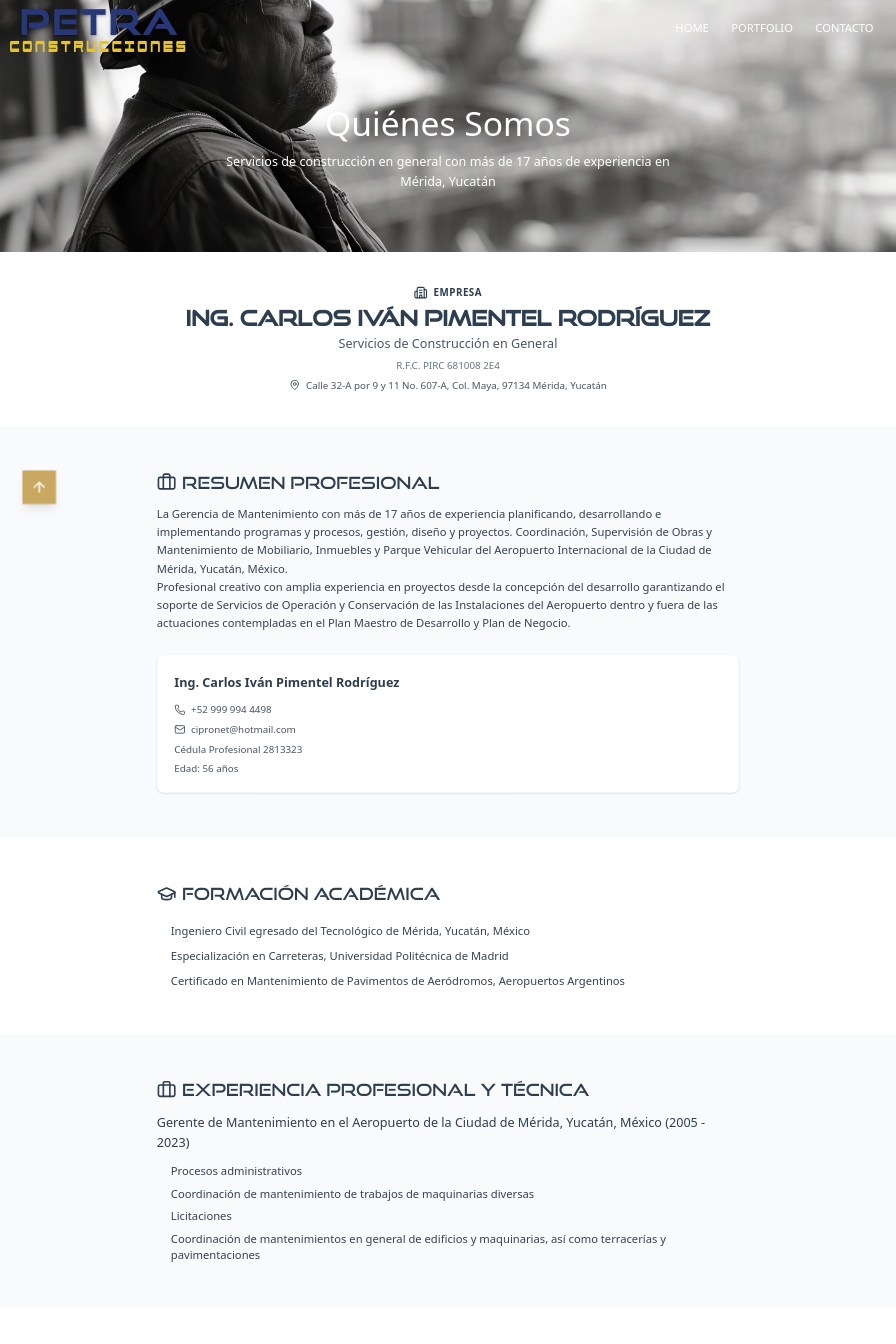
Repository: francoluca35/PetraConstrucciones
Page: /quienes-somos
The author's editor kept a copy of each file at every save. The page is drawn from the files as they stood at one save, then again after the next save.
The browser window is 1280 px wide. The pictures show the part of the page from y = 0 to 1920 px (the page is 4704 px tall), at 70% of full size.
The project was rebuilt for these pictures with package versions that can differ from the ones it lists, and the page was loaded fresh each time. The framework's server and built-in components were replaced by stand-ins that run in the browser. Also part of the build but not shown: next.config.mjs, vite.config.ts.

Above is the page before, as saved 2026-02-16 22:19:11.

### app/layout.tsx
import type { Metadata } from 'next';
import './globals.css';
import { Navbar } from '@/src/app/components/Navbar';
import { Footer } from '@/src/app/components/Footer';
import { BackToTop } from '@/src/app/components/BackToTop';
import { ScrollToTop } from '@/src/app/components/ScrollToTop';

export const metadata: Metadata = {
  title: 'PetraConstrucciones - Excelencia en Construcción',
  description:
    'PetraConstrucciones - Líderes en construcción residencial, comercial e industrial. Más de 20 años transformando proyectos en realidad con excelencia e innovación.',
  keywords:
    'construcción, construcciones, obras, edificios, viviendas, proyectos, arquitectura, PetraConstrucciones, construcción Madrid, constructora',
  openGraph: {
    title: 'PetraConstrucciones - Excelencia en Construcción',
    description:
      'Líderes en construcción residencial, comercial e industrial. Más de 20 años transformando proyectos en realidad.',
  },
};

export default function RootLayout({
  children,
}: Readonly<{
  children: React.ReactNode;
}>) {
  return (
    <html lang="es">
      <body className="min-h-screen flex flex-col antialiased">
        <Navbar />
        <main className="flex-grow">{children}</main>
        <Footer />
        <BackToTop />
        <ScrollToTop />
      </body>
    </html>
  );
}

### app/quienes-somos/page.tsx
import { AboutPage } from '@/src/app/pages/AboutPage';

export const metadata = {
  title: 'Quiénes Somos - PetraConstrucciones',
  description:
    'Conoce la historia, valores y equipo de PetraConstrucciones. Más de 20 años construyendo con pasión y compromiso.',
  keywords: 'sobre nosotros, equipo construcción, historia PetraConstrucciones, valores empresa',
};

export default function Page() {
  return <AboutPage />;
}

### app/globals.css
@import 'tailwindcss';
@source '../src/**/*.{js,ts,jsx,tsx}';
@source './**/*.{js,ts,jsx,tsx}';
@import 'tw-animate-css';

@import '../src/styles/fonts.css';
@import '../src/styles/theme.css';

/* Smooth scroll behavior */
html {
  scroll-behavior: smooth;
}

/* Custom scrollbar for webkit browsers */
::-webkit-scrollbar {
  width: 12px;
}

::-webkit-scrollbar-track {
  background: #f1f1f1;
}

::-webkit-scrollbar-thumb {
  background: var(--petra-gold);
  border-radius: 6px;
}

::-webkit-scrollbar-thumb:hover {
  background: var(--petra-gold-light);
}

### src/app/components/ScrollToTop.tsx
'use client';

import { useEffect } from 'react';
import { usePathname } from 'next/navigation';

export function ScrollToTop() {
  const pathname = usePathname();

  useEffect(() => {
    window.scrollTo({
      top: 0,
      behavior: 'smooth',
    });
  }, [pathname]);

  return null;
}

### src/app/pages/AboutPage.tsx
'use client';

import { motion } from 'motion/react';
import {
  Award,
  Users,
  Target,
  Shield,
  Building2,
  GraduationCap,
  Briefcase,
  FileCheck,
  Mail,
  Phone,
  MapPin,
  Wrench,
  Ruler,
} from 'lucide-react';

const values = [
  {
    icon: Award,
    title: 'Excelencia',
    description: 'Comprometidos con los más altos estándares de calidad en cada proyecto',
  },
  {
    icon: Users,
    title: 'Equipo Profesional',
    description: 'Profesionales con años de experiencia en construcción y mantenimiento',
  },
  {
    icon: Target,
    title: 'Precisión',
    description: 'Cumplimiento de plazos y presupuestos con total transparencia',
  },
  {
    icon: Shield,
    title: 'Seguridad',
    description: 'Máximas medidas de seguridad en todos nuestros proyectos',
  },
];

const company = {
  name: 'ING. CARLOS IVÁN PIMENTEL RODRÍGUEZ',
  legalName: 'Servicios de Construcción en General',
  rfc: 'R.F.C. PIRC 681008 2E4',
  address: 'Calle 32-A por 9 y 11 No. 607-A, Col. Maya, 97134 Mérida, Yucatán',
};

const profile = {
  name: 'Ing. Carlos Iván Pimentel Rodríguez',
  cedula: 'Cédula Profesional 2813323',
  phone: '+52 999 994 4498',
  email: 'cipronet@hotmail.com',
  age: '56 años',
};

const resume = {
  summary: `La Gerencia de Mantenimiento con más de 17 años de experiencia planificando, desarrollando e implementando programas y procesos, gestión, diseño y proyectos. Coordinación, Supervisión de Obras y Mantenimiento de Mobiliario, Inmuebles y Parque Vehicular del Aeropuerto Internacional de la Ciudad de Mérida, Yucatán, México.
  Profesional creativo con amplia experiencia en proyectos desde la concepción del desarrollo garantizando el soporte de Servicios de Operación y Conservación de las Instalaciones del Aeropuerto dentro y fuera de las actuaciones contempladas en el Plan Maestro de Desarrollo y Plan de Negocio.`,
  formation: [
    'Ingeniero Civil egresado del Tecnológico de Mérida, Yucatán, México',
    'Especialización en Carreteras, Universidad Politécnica de Madrid',
    'Certificado en Mantenimiento de Pavimentos de Aeródromos, Aeropuertos Argentinos',
  ],
  experience: {
    title: 'Gerente de Mantenimiento en el Aeropuerto de la Ciudad de Mérida, Yucatán, México (2005 - 2023)',
    items: [
      'Procesos administrativos',
      'Coordinación de mantenimiento de trabajos de maquinarias diversas',
      'Licitaciones',
      'Coordinación de mantenimientos en general de edificios y maquinarias, así como terracerías y pavimentaciones',
    ],
  },
};

const obras = [
  { inicio: '15 ene 1997', fin: '15 nov 2003', obra: 'Mantenimiento, conservación y construcción en general en edificio principal y pistas en el Aeropuerto Internacional de Mérida' },
  { inicio: '01 ene 2002', fin: '30 dic 2002', obra: 'Construcción de Restaurante Talavera' },
  { inicio: '15 sep 2002', fin: '15 sep 2008', obra: 'Restauración y remodelación de restaurantes en Telchac Puerto' },
  { inicio: '27 may 2008', fin: '25 jul 2008', obra: 'Excavación de zanjas para agua potable' },
  { inicio: '01 oct 2010', fin: '30 mar 2013', obra: 'Construcción de edificio de oficinas corporativas en la Col. Maya' },
  { inicio: '14 abr 2013', fin: '20 may 2013', obra: 'Mantenimiento correctivo a diversas puertas y ventanas' },
  { inicio: '22 may 2013', fin: '03 sep 2013', obra: 'Excavación de zanjas 0.30 x 0.40 m para líneas de transmisión en diversos puntos de Yucatán y Campeche' },
  { inicio: '21 oct 2013', fin: '12 dic 2013', obra: 'Suministro y colocación de muros de tablaroca y puertas de aluminio' },
  { inicio: '28 oct 2013', fin: '12 ene 2014', obra: 'Trabajos de reparación de instalaciones eléctricas (incluye suministro y colocación de equipos)' },
  { inicio: '10 feb 2014', fin: '20 feb 2014', obra: 'Excavación de descargas domiciliarias y zanjas de agua potable en el fraccionamiento Altabrisa, Mérida' },
  { inicio: '03 feb 2014', fin: '20 feb 2014', obra: 'Excavación de zanjas para riego en la localidad de Baca' },
  { inicio: '01 mar 2014', fin: '30 dic 2015', obra: 'Excavación de zanjas 0.30 x 0.50 m y 0.30 x 0.80 m para electrificación en el fraccionamiento Pedregales' },
  { inicio: '01 mar 2014', fin: '30 dic 2015', obra: 'Construcción de casas habitación en Mérida y alrededores' },
  { inicio: '15 ene 2016', fin: '30 nov 2017', obra: 'Construcción de casa habitación en Árborea' },
  { inicio: '15 ene 2018', fin: '30 nov 2018', obra: 'Departamento en zona residencial de Conkal' },
  { inicio: '15 ene 2019', fin: '15 abr 2020', obra: 'Construcción de casa en la playa de Chicxulub' },
  { inicio: '15 ene 2021', fin: 'A la fecha', obra: 'Construcción y remodelación de casas en la playa y en Mérida' },
];

const mision = `Realizar o supervisar toda clase de construcciones, edificaciones y urbanizaciones, así como fraccionar, edificar y dotar de servicios, ya sea por cuenta propia o a través de terceros. Proporcionar servicios de construcción de la más alta calidad, con profesionalismo y compromiso con la excelencia en cada proyecto.`;

const vision = `Ser la empresa de construcción de referencia en Yucatán, reconocida por nuestra experiencia en mantenimiento de infraestructura, gestión de proyectos y capacidad para ejecutar obras residenciales, comerciales e industriales con los más altos estándares de calidad y seguridad.`;

const servicios = [
  'Construcción y supervisión de obras en general, edificaciones y urbanizaciones',
  'Elaboración de planos, proyectos, maquetas, cálculos arquitectónicos y avalúo de bienes inmuebles',
  'Adquisición y enajenación de terrenos, fincas, construcciones e inmuebles',
  'Compra y venta de materiales de construcción',
  'Mantenimiento de edificios, maquinarias, terracerías y pavimentaciones',
  'Coordinación de licitaciones y procesos administrativos',
];

export function AboutPage() {
  return (
    <div>
      {/* Hero */}
      <section className="relative h-[50vh] min-h-[280px] flex items-center justify-center overflow-hidden">
        <div className="absolute inset-0">
          <img
            src="/Assets/quienes-somos.jpg"
            alt="Equipo Petra Construcciones"
            className="w-full h-full object-cover"
          />
          <div className="absolute inset-0 bg-[var(--petra-navy)]/80" />
        </div>
        <motion.div
          initial={{ opacity: 0, y: 30 }}
          animate={{ opacity: 1, y: 0 }}
          className="relative z-10 text-center text-white px-4 pt-16"
        >
          <h1 className="text-4xl md:text-5xl mb-4">
            Quiénes <span className="text-[var(--petra-gold)]">Somos</span>
          </h1>
          <p className="text-lg max-w-2xl mx-auto">
            Servicios de construcción en general con más de 17 años de experiencia en Mérida, Yucatán
          </p>
        </motion.div>
      </section>

      {/* Datos de la empresa */}
      <section className="py-12 bg-white border-b border-gray-100">
        <div className="max-w-4xl mx-auto px-4 sm:px-6 lg:px-8">
          <motion.div
            initial={{ opacity: 0, y: 20 }}
            whileInView={{ opacity: 1, y: 0 }}
            viewport={{ once: true }}
            className="flex flex-col items-center text-center"
          >
            <div className="inline-flex items-center gap-2 text-[var(--petra-gold)] mb-2">
              <Building2 size={20} />
              <span className="text-sm font-semibold uppercase tracking-wider">Empresa</span>
            </div>
            <h2 className="text-2xl md:text-3xl text-[var(--petra-navy)] font-semibold mb-1">
              {company.name}
            </h2>
            <p className="text-lg text-gray-600 mb-2">{company.legalName}</p>
            <p className="text-sm text-gray-500 mb-2">{company.rfc}</p>
            <p className="flex items-center gap-2 text-gray-600 text-sm">
              <MapPin size={16} className="flex-shrink-0" />
              {company.address}
            </p>
          </motion.div>
        </div>
      </section>

      {/* Resumen profesional y perfil */}
      <section className="py-16 bg-gray-50">
        <div className="max-w-4xl mx-auto px-4 sm:px-6 lg:px-8">
          <motion.div
            initial={{ opacity: 0, y: 20 }}
            whileInView={{ opacity: 1, y: 0 }}
            viewport={{ once: true }}
          >
            <h2 className="text-2xl text-[var(--petra-navy)] mb-4 flex items-center gap-2">
              <Briefcase className="text-[var(--petra-gold)]" size={28} />
              Resumen profesional
            </h2>
            <p className="text-gray-700 whitespace-pre-line leading-relaxed mb-8">
              {resume.summary}
            </p>

            <div className="bg-white rounded-lg p-6 shadow-sm border border-gray-100">
              <h3 className="text-lg font-semibold text-[var(--petra-navy)] mb-4">{profile.name}</h3>
              <ul className="space-y-2 text-gray-600 text-sm">
                <li className="flex items-center gap-2">
                  <Phone size={16} className="text-[var(--petra-gold)]" />
                  <a href={`tel:${profile.phone.replace(/\s/g, '')}`} className="hover:text-[var(--petra-gold)]">
                    {profile.phone}
                  </a>
                </li>
                <li className="flex items-center gap-2">
                  <Mail size={16} className="text-[var(--petra-gold)]" />
                  <a href={`mailto:${profile.email}`} className="hover:text-[var(--petra-gold)]">
                    {profile.email}
                  </a>
                </li>
                <li>{profile.cedula}</li>
                <li>Edad: {profile.age}</li>
              </ul>
            </div>
          </motion.div>
        </div>
      </section>

      {/* Formación */}
      <section className="py-16 bg-white">
        <div className="max-w-4xl mx-auto px-4 sm:px-6 lg:px-8">
          <motion.h2
            initial={{ opacity: 0, x: -20 }}
            whileInView={{ opacity: 1, x: 0 }}
            viewport={{ once: true }}
            className="text-2xl text-[var(--petra-navy)] mb-6 flex items-center gap-2"
          >
            <GraduationCap className="text-[var(--petra-gold)]" size={28} />
            Formación académica
          </motion.h2>
          <ul className="space-y-3">
            {resume.formation.map((item, i) => (
              <motion.li
                key={i}
                initial={{ opacity: 0, x: -10 }}
                whileInView={{ opacity: 1, x: 0 }}
                viewport={{ once: true }}
                transition={{ delay: i * 0.05 }}
                className="flex items-start gap-3 text-gray-700"
              >
                <span className="mt-1.5 w-2 h-2 rounded-full bg-[var(--petra-gold)] flex-shrink-0" />
                {item}
              </motion.li>
            ))}
          </ul>
        </div>
      </section>

      {/* Experiencia profesional */}
      <section className="py-16 bg-gray-50">
        <div className="max-w-4xl mx-auto px-4 sm:px-6 lg:px-8">
          <motion.h2
            initial={{ opacity: 0, x: -20 }}
            whileInView={{ opacity: 1, x: 0 }}
            viewport={{ once: true }}
            className="text-2xl text-[var(--petra-navy)] mb-4 flex items-center gap-2"
          >
            <Briefcase className="text-[var(--petra-gold)]" size={28} />
            Experiencia profesional y técnica
          </motion.h2>
          <p className="text-lg font-medium text-[var(--petra-navy)] mb-4">{resume.experience.title}</p>
          <ul className="space-y-2">
            {resume.experience.items.map((item, i) => (
              <motion.li
                key={i}
                initial={{ opacity: 0, x: -10 }}
                whileInView={{ opacity: 1, x: 0 }}
                viewport={{ once: true }}
                className="flex items-start gap-3 text-gray-700"
              >
                <span className="mt-1.5 w-2 h-2 rounded-full bg-[var(--petra-gold)] flex-shrink-0" />
                {item}
              </motion.li>
            ))}
          </ul>
        </div>
      </section>

      {/* Obras ejecutadas */}
      <section className="py-16 bg-white">
        <div className="max-w-6xl mx-auto px-4 sm:px-6 lg:px-8">
          <motion.h2
            initial={{ opacity: 0, y: 20 }}
            whileInView={{ opacity: 1, y: 0 }}
            viewport={{ once: true }}
            className="text-2xl text-[var(--petra-navy)] mb-8 flex items-center gap-2"
          >
            <FileCheck className="text-[var(--petra-gold)]" size={28} />
            Obras ejecutadas
          </motion.h2>
          <motion.div
            initial={{ opacity: 0 }}
            whileInView={{ opacity: 1 }}
            viewport={{ once: true }}
            className="overflow-x-auto rounded-lg border border-gray-200"
          >
            <table className="w-full min-w-[640px] text-left text-sm">
              <thead>
                <tr className="bg-[var(--petra-navy)] text-white">
                  <th className="px-4 py-3 font-semibold">Fecha inicio</th>
                  <th className="px-4 py-3 font-semibold">Fecha fin</th>
                  <th className="px-4 py-3 font-semibold">Obra</th>
                </tr>
              </thead>
              <tbody>
                {obras.map((row, i) => (
                  <tr
                    key={i}
                    className={i % 2 === 0 ? 'bg-gray-50' : 'bg-white'}
                  >
                    <td className="px-4 py-3 text-gray-600 whitespace-nowrap">{row.inicio}</td>
                    <td className="px-4 py-3 text-gray-600 whitespace-nowrap">{row.fin}</td>
                    <td className="px-4 py-3 text-gray-800">{row.obra}</td>
                  </tr>
                ))}
              </tbody>
            </table>
          </motion.div>
        </div>
      </section>

      {/* Misión y Visión */}
      <section className="py-16 bg-gray-50">
        <div className="max-w-4xl mx-auto px-4 sm:px-6 lg:px-8">
          <div className="grid md:grid-cols-2 gap-8">
            <motion.div
              initial={{ opacity: 0, y: 20 }}
              whileInView={{ opacity: 1, y: 0 }}
              viewport={{ once: true }}
              className="bg-[var(--petra-navy)] text-white rounded-xl p-8"
            >
              <h3 className="text-xl text-[var(--petra-gold)] mb-4">Misión</h3>
              <p className="text-gray-200 leading-relaxed">{mision}</p>
            </motion.div>
            <motion.div
              initial={{ opacity: 0, y: 20 }}
              whileInView={{ opacity: 1, y: 0 }}
              viewport={{ once: true }}
              className="bg-white border border-[var(--petra-gold)]/30 text-[var(--petra-navy)] rounded-xl p-8"
            >
              <h3 className="text-xl text-[var(--petra-gold)] mb-4">Visión</h3>
              <p className="text-gray-700 leading-relaxed">{vision}</p>
            </motion.div>
          </div>
        </div>
      </section>

      {/* Servicios que brindamos */}
      <section className="py-16 bg-white">
        <div className="max-w-4xl mx-auto px-4 sm:px-6 lg:px-8">
          <motion.h2
            initial={{ opacity: 0, y: 20 }}
            whileInView={{ opacity: 1, y: 0 }}
            viewport={{ once: true }}
            className="text-2xl text-[var(--petra-navy)] mb-6 flex items-center gap-2"
          >
            <Wrench className="text-[var(--petra-gold)]" size={28} />
            Servicios que brindamos
          </motion.h2>
          <div className="grid sm:grid-cols-2 gap-4">
            {servicios.map((s, i) => (
              <motion.div
                key={i}
                initial={{ opacity: 0, x: -10 }}
                whileInView={{ opacity: 1, x: 0 }}
                viewport={{ once: true }}
                className="flex items-start gap-3 p-4 rounded-lg bg-gray-50 border border-gray-100"
              >
                <Ruler className="text-[var(--petra-gold)] flex-shrink-0 mt-0.5" size={20} />
                <span className="text-gray-700">{s}</span>
              </motion.div>
            ))}
          </div>
        </div>
      </section>

      {/* Valores */}
      <section className="py-16 bg-gray-50">
        <div className="max-w-7xl mx-auto px-4 sm:px-6 lg:px-8">
          <motion.h2
            initial={{ opacity: 0, y: 20 }}
            whileInView={{ opacity: 1, y: 0 }}
            viewport={{ once: true }}
            className="text-2xl text-[var(--petra-navy)] mb-8 text-center"
          >
            Nuestros <span className="text-[var(--petra-gold)]">valores</span>
          </motion.h2>
          <div className="grid sm:grid-cols-2 lg:grid-cols-4 gap-6">
            {values.map((value, index) => {
              const Icon = value.icon;
              return (
                <motion.div
                  key={index}
                  initial={{ opacity: 0, y: 20 }}
                  whileInView={{ opacity: 1, y: 0 }}
                  viewport={{ once: true }}
                  transition={{ delay: index * 0.05 }}
                  className="bg-white rounded-xl p-6 shadow-sm border border-gray-100 text-center"
                >
                  <div className="w-12 h-12 bg-[var(--petra-gold)] rounded-full flex items-center justify-center mx-auto mb-3">
                    <Icon className="text-white" size={24} />
                  </div>
                  <h3 className="font-semibold text-[var(--petra-navy)] mb-2">{value.title}</h3>
                  <p className="text-sm text-gray-600">{value.description}</p>
                </motion.div>
              );
            })}
          </div>
        </div>
      </section>

      {/* Contacto destacado */}
      <section className="py-12 bg-[var(--petra-navy)] text-white">
        <div className="max-w-4xl mx-auto px-4 sm:px-6 lg:px-8 text-center">
          <h3 className="text-xl font-semibold mb-2">{profile.name}</h3>
          <p className="text-gray-300 text-sm mb-4">{profile.cedula}</p>
          <div className="flex flex-wrap justify-center gap-6">
            <a
              href={`tel:${profile.phone.replace(/\s/g, '')}`}
              className="inline-flex items-center gap-2 text-[var(--petra-gold)] hover:underline"
            >
              <Phone size={18} />
              {profile.phone}
            </a>
            <a
              href={`mailto:${profile.email}`}
              className="inline-flex items-center gap-2 text-[var(--petra-gold)] hover:underline"
            >
              <Mail size={18} />
              {profile.email}
            </a>
          </div>
        </div>
      </section>
    </div>
  );
}

### src/styles/fonts.css
@font-face {
  font-family: 'Good Times';
  src: url('/fonts/good-times-rg.woff2') format('woff2'),
       url('/fonts/good-times-rg.woff2') format('woff');
  font-weight: normal;
  font-style: normal;
  font-display: swap;
}

@font-face {
  font-family: '911';
  src: url('/fonts/911v2.woff2') format('woff2');
  font-weight: normal;
  font-style: normal;
  font-display: swap;
}

@font-face {
  font-family: 'Kale';
  src: url('/fonts/kale.woff2') format('woff2');
  font-weight: normal;
  font-style: normal;
  font-display: swap;
}

Loaded but not shown: src/app/components/Navbar.tsx (265 lines, source omitted); src/styles/theme.css (194 lines, source omitted); src/app/components/Footer.tsx (133 lines, source omitted); src/app/components/BackToTop.tsx (50 lines, source omitted)

After the next save:
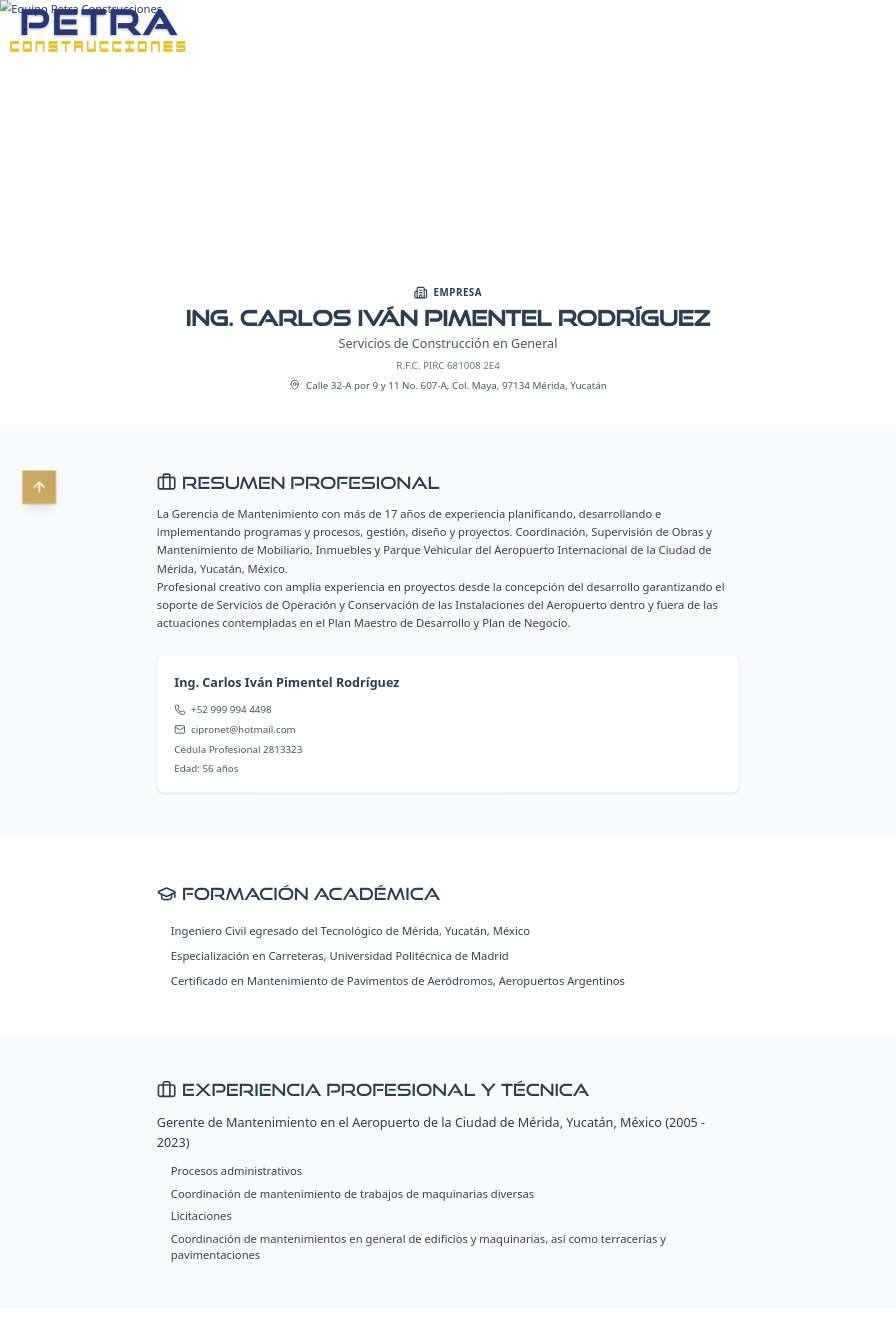
Not found: Assets/quienes-somos.jpeg
Saved 6 s later.
--- a/src/app/pages/AboutPage.tsx
+++ b/src/app/pages/AboutPage.tsx
@@ -114,7 +114,7 @@
       <section className="relative h-[50vh] min-h-[280px] flex items-center justify-center overflow-hidden">
         <div className="absolute inset-0">
           <img
-            src="/Assets/quienes-somos.jpg"
+            src="/Assets/quienes-somos.jpeg"
             alt="Equipo Petra Construcciones"
             className="w-full h-full object-cover"
           />
